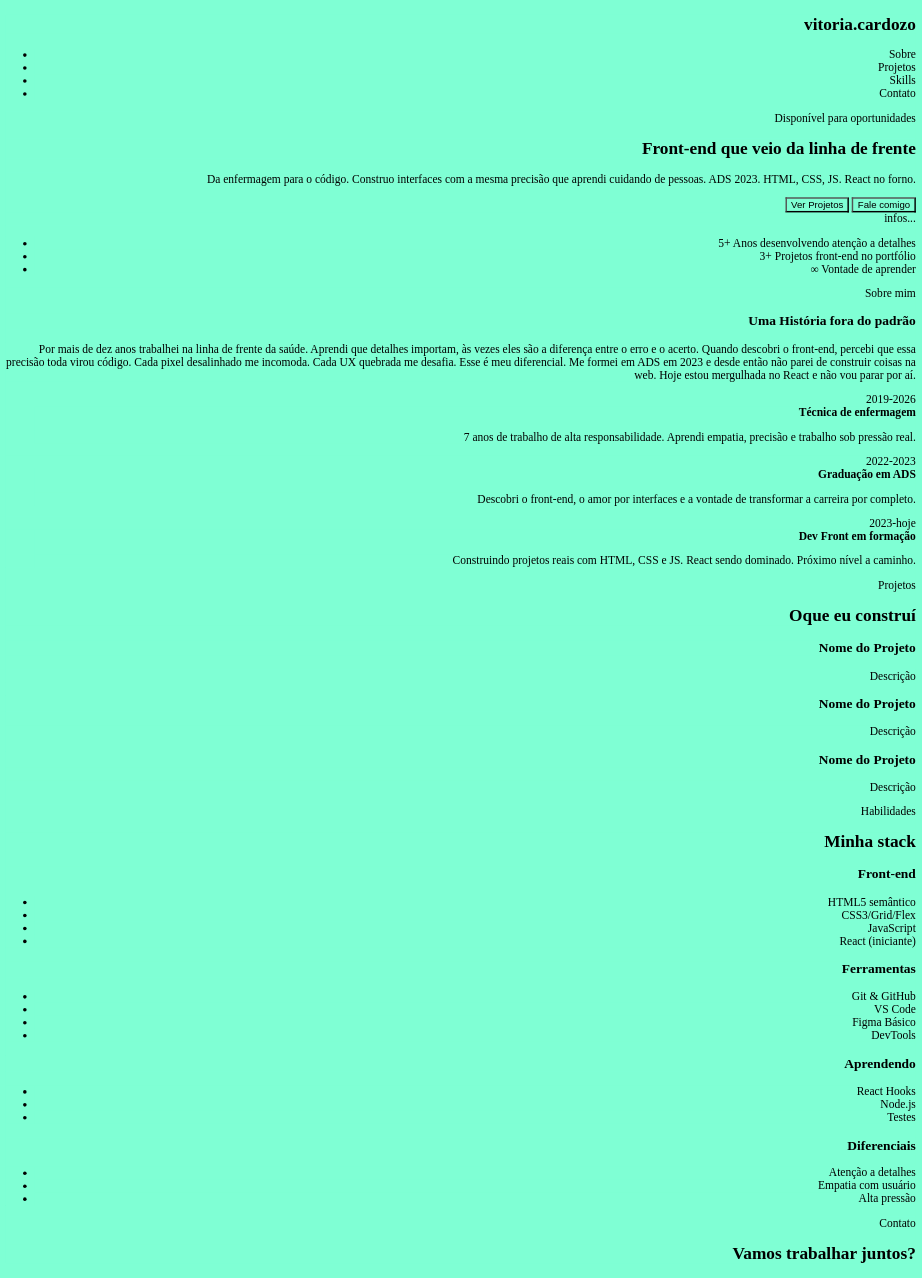
Repository: Bitroia/Portifolio
Page: index.html
These files come from the project's save history. The page is drawn as it stood at one moment and after the next save; the edit follows.
The browser window is 1280 px wide. The pictures show the whole page, at 72% of full size.

Above is the page before, as saved 2026-04-23 21:57:09.

### index.html
<!doctype html>
<html lang="pt-br">
  <head>
    <meta charset="UTF-8" />
    <meta name="viewport" content="width=device-width, initial-scale=1.0" />
    <link rel="stylesheet" href="styles/style.css" />
    <script src="scripts/script.js" defer></script>
    <title>Meu portifólio</title>
  </head>
  <body>
    <header>
      <nav id="nav-container">
        <h2>vitoria.cardozo</h2>
        <ul id="links-container">
          <li>Sobre</li>
          <li>Projetos</li>
          <li>Skills</li>
          <li>Contato</li>
        </ul>
      </nav>
    </header>
    <main>
      <section class="introduction-section">
        <p class="avaible-p">Disponível para oportunidades</p>
        <h1>
          Front-end
          <span class="line-2">que veio da</span>
          <span class="accent">linha de frente</span>
        </h1>
        <p>
          Da enfermagem para o código. Construo interfaces com a mesma precisão
          que aprendi cuidando de pessoas. ADS 2023. HTML, CSS, JS. React no
          forno.
        </p>
        <button id="projects-btn">Ver Projetos</button>
        <button id="talk-to-me-btn">Fale comigo</button>
      </section>
      <article id="info-container">infos...</article>
      <ul class="mini-cards-container">
        <li class="mini-card">
          <span class="num">5+</span>
          <span class="label">Anos desenvolvendo atenção a detalhes</span>
        </li>
        <li class="mini-card">
          <span class="num">3+</span>
          <span class="label">Projetos front-end no portfólio</span>
        </li>
        <li class="mini-card">
          <span class="num">&#8734</span>
          <span class="label">Vontade de aprender</span>
        </li>
      </ul>
      <section id="about-me-section">
        <section id="history-section">
            <span class="title">Sobre mim</span>
            <h1>Uma História fora do padrão

            </h1>
            <p>Por mais de dez anos trabalhei na linha de frente da saúde. Aprendi que detalhes importam, às vezes eles são a diferença entre o erro e o acerto.
            Quando descobri o front-end, percebi que essa precisão toda virou código. Cada pixel desalinhado me incomoda. Cada UX quebrada me desafia. Esse é meu diferencial.
            Me formei em ADS em 2023 e desde então não parei de construir coisas na web. Hoje estou mergulhada no React e não vou parar por aí.</p>
        </section>
        <section id="experiences-section">
            <dl class="experiences-list">
                <dt class="date-exp">2019-2026</dt>
                <dd class="desc-exp">
                    <strong>Técnica de enfermagem</strong>
                    <p>7 anos de trabalho de alta responsabilidade. Aprendi empatia, precisão e trabalho sob pressão real.</p>
                </dd>
                <dt class="date-exp">2022-2023</dt>
                <dd class="desc-exp">
                    <strong>Graduação em ADS</strong>
                    <p>Descobri o front-end, o amor por interfaces e a vontade de transformar a carreira por completo.</p>
                </dd>
                <dt class="date-exp">2023-hoje</dt>
                <dd class="desc-exp">
                    <strong>Dev Front em formação</strong>
                    <p>Construindo projetos reais com HTML, CSS e JS. React sendo dominado. Próximo nível a caminho.</p>
                </dd>
            </dl>
        </section>
      </section>
      <section id="projects-section">
        <span class="title">Projetos</span>
        <h1>Oque eu construí</h1>
        <article class="project-card">
          <h3>Nome do Projeto</h3>
          <p>Descrição</p>
        </article>
        <article class="project-card">
          <h3>Nome do Projeto</h3>
          <p>Descrição</p>
        </article>
        <article class="project-card">
          <h3>Nome do Projeto</h3>
          <p>Descrição</p>
        </article>
      </section>
      <section id="skills-section">
        <span class="title">Habilidades</span>
        <h1>Minha stack</h1>
        <article class="stack-card">
          <h3>Front-end</h3>
          <ul class="stack-ul">
            <li>HTML5 semântico</li>
            <li>CSS3/Grid/Flex</li>
            <li>JavaScript</li>
            <li>React (iniciante)</li>
          </ul>
        </article>
        <article class="stack-card">
          <h3>Ferramentas</h3>
          <ul class="stack-ul">
            <li>Git & GitHub</li>
            <li>VS Code</li>
            <li>Figma Básico</li>
            <li>DevTools</li>
          </ul>
        </article>
        <article class="stack-card">
          <h3>Aprendendo</h3>
          <ul class="stack-ul">
            <li>React Hooks</li>
            <li>Node.js</li>
            <li>Testes</li>
          </ul>
        </article>
        <article class="stack-card">
          <h3>Diferenciais</h3>
          <ul class="stack-ul">
            <li>Atenção a detalhes</li>
            <li>Empatia com usuário</li>
            <li>Alta pressão</li>
          </ul>
        </article>
      </section>
      <section id="finish-section">
        <span class="title">Contato</span>
         <h1>Vamos trabalhar
          <span>juntos?</span>
         </h1>
      </section>
    </main>
  </body>
</html>

### styles/style.css
* {
  text-align: right;

  background-color: aquamarine;
}

Loaded but not shown: scripts/script.js (no stored copy; drawn as an empty file)

After the next save:
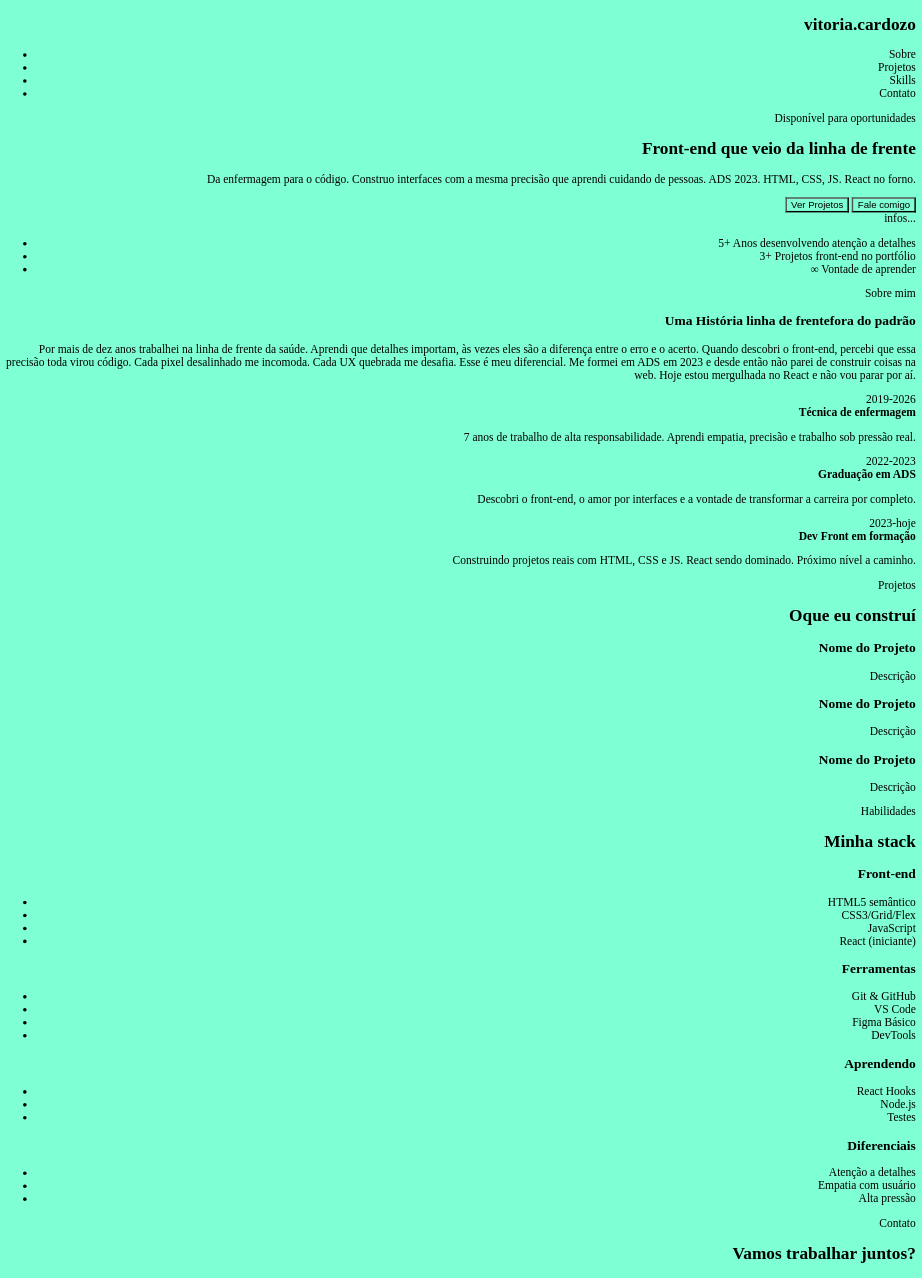
Saved 5 s later.
--- a/index.html
+++ b/index.html
@@ -53,7 +53,7 @@
       <section id="about-me-section">
         <section id="history-section">
             <span class="title">Sobre mim</span>
-            <h1>Uma História fora do padrão
+            <h1>Uma História <span class="accent">linha de frente</span>fora do padrão
 
             </h1>
             <p>Por mais de dez anos trabalhei na linha de frente da saúde. Aprendi que detalhes importam, às vezes eles são a diferença entre o erro e o acerto.
